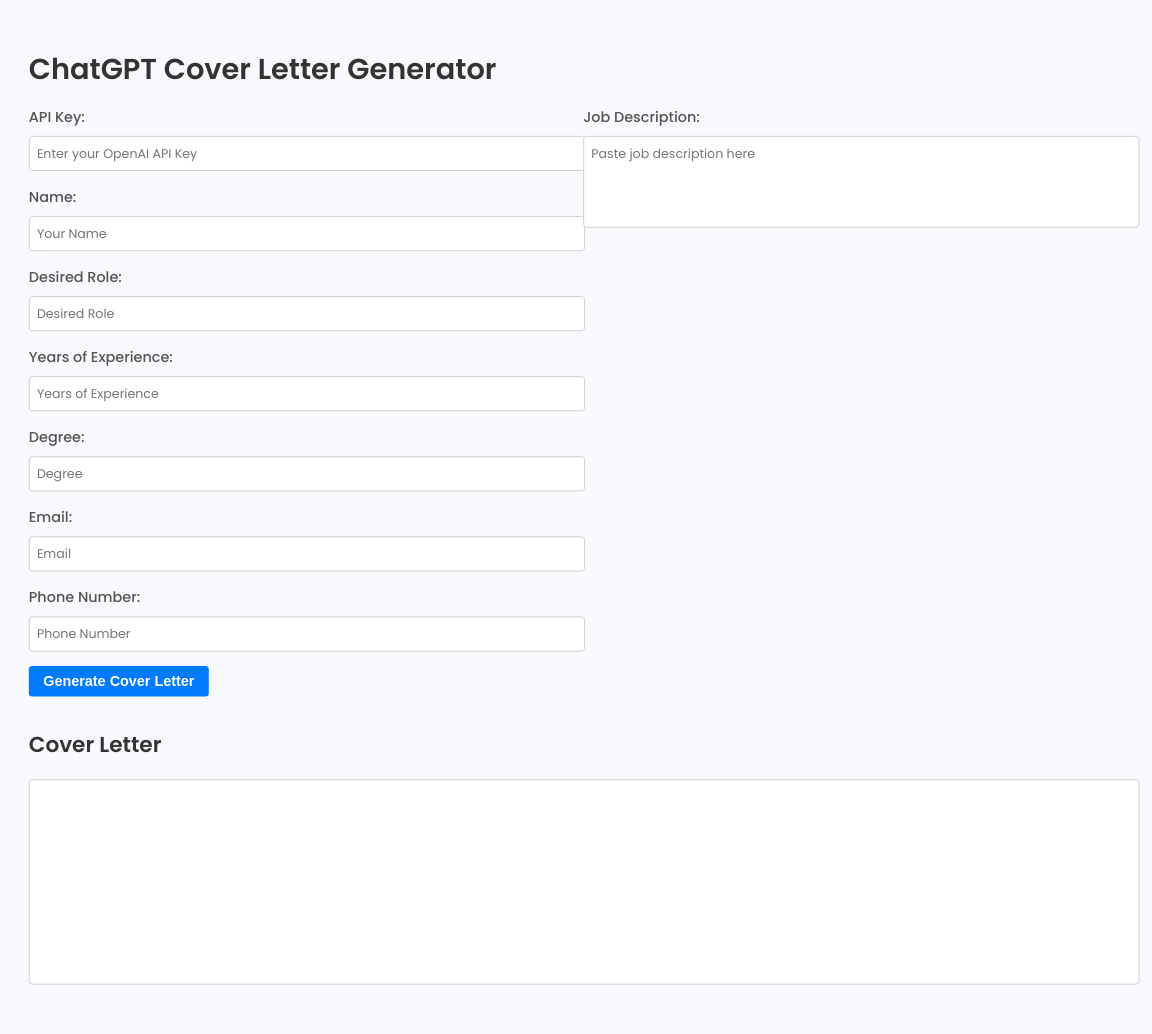
Repository: fechinmitchell/MFM
Page: popup.html
These files come from the project's save history. The page is drawn as it stood at one moment and after the next save; the edit follows.
The browser window is 1280 px wide. The pictures show the whole page, at 90% of full size.

Above is the page before, as saved 2023-07-01 22:32:28.

### popup.html
<!DOCTYPE html>
<html lang="en">
<head>
  <meta charset="UTF-8">
  <meta name="viewport" content="width=device-width, initial-scale=1.0">
  <title>ChatGPT Cover Letter Generator</title>
  <link href="https://fonts.googleapis.com/css?family=Poppins:300,400,500,600,700" rel="stylesheet">
  <style>
    body {
      font-family: 'Poppins', Arial, sans-serif;
      margin: 0;
      padding: 2rem;
      background-color: #f7f9fc;
    }
    h1, h2 {
      font-weight: 600;
      margin-bottom: 1rem;
      color: #333;
    }
    .form-container {
      display: grid;
      grid-template-columns: repeat(auto-fit, minmax(300px, 1fr));
      gap: 1rem;
    }
    label {
      display: block;
      margin-bottom: 0.25rem;
      font-weight: 500;
      color: #555;
    }
    input,
    textarea {
      width: 100%;
      margin-top: 5px;
      margin-bottom: 1rem;
      padding: 0.5rem;
      border: 1px solid #ccc;
      border-radius: 4px;
      font-family: 'Poppins', Arial, sans-serif;
      font-size: 14px;
      font-weight: 400;
      color: #333;
      resize: none;
    }
    input:focus,
    textarea:focus {
      outline: none;
      border: 1px solid #007bff;
    }
    button {
      background-color: #007bff;
      border: none;
      color: white;
      padding: 0.5rem 1rem;
      text-align: center;
      text-decoration: none;
      display: inline-block;
      font-size: 16px;
      font-weight: 600;
      margin: 0 0 1rem;
      cursor: pointer;
      border-radius: 4px;
      transition: background-color 0.3s;
    }
    button:hover {
      background-color: #0056b3;
    }
  </style>
</head>
<body>
  <h1>ChatGPT Cover Letter Generator</h1>

  <div class="form-container">
    <div>
      <label for="apiKey">API Key:</label>
      <input type="text" id="apiKey" placeholder="Enter your OpenAI API Key">

      <label for="name">Name:</label>
      <input type="text" id="name" placeholder="Your Name">

      <label for="desiredRole">Desired Role:</label>
      <input type="text" id="desiredRole" placeholder="Desired Role">

      <label for="yearsExperience">Years of Experience:</label>
      <input type="text" id="yearsExperience" placeholder="Years of Experience">

      <label for="degree">Degree:</label>
      <input type="text" id="degree" placeholder="Degree">

      <label for="email">Email:</label>
      <input type="text" id="email" placeholder="Email">

      <label for="phoneNumber">Phone Number:</label>
      <input type="text" id="phoneNumber" placeholder="Phone Number">
    </div>
    <div>
      <label for="jobDescription">Job Description:</label>
      <textarea id="jobDescription" rows="4" cols="50" placeholder="Paste job description here"></textarea>
    </div>
  </div>

  <button id="generateBtn">Generate Cover Letter</button>

  <div id="loading" style="display:none;">
    <div>Loading...</div>
    <progress id="progress" max="100"></progress>
  </div>
  <div id="error" style="display:none;">
    <div>Error generating cover letter. Please try again.</div>
  </div>

  <h2>Cover Letter</h2>
  <textarea id="coverLetter" rows="10" cols="50" style="width: 100%;"></textarea>
  <button id="downloadBtn" style="display: none;">Download as PDF</button>

  <script src="popup.js"></script>
  <script src="jspdf.min.js"></script>
</body>
</html>

### popup.js
document.addEventListener("DOMContentLoaded", () => {
  const generateBtn = document.getElementById("generateBtn");
  const apiKeyInput = document.getElementById("apiKey");
  const nameInput = document.getElementById("name");
  const desiredRoleInput = document.getElementById("desiredRole");
  const yearsExperienceInput = document.getElementById("yearsExperience");
  const degreeInput = document.getElementById("degree");
  const emailInput = document.getElementById("email");
  const phoneNumberInput = document.getElementById("phoneNumber");
  const jobDescription = document.getElementById("jobDescription");
  const coverLetter = document.getElementById("coverLetter");
  const loading = document.getElementById("loading");
  const error = document.getElementById("error");

  let response;

  generateBtn.addEventListener("click", async () => {
    try {
      loading.style.display = "block";
      error.style.display = "none";

      const apiKey = apiKeyInput.value;
      const name = nameInput.value;
      const desiredRole = desiredRoleInput.value;
      const yearsExperience = yearsExperienceInput.value;
      const degree = degreeInput.value;
      const email = emailInput.value;
      const phoneNumber = phoneNumberInput.value;
      const description = jobDescription.value;

      const prompt = `Generate a professional cover letter for a job application based on the following information:
      Name: ${name}
      Desired Role: ${desiredRole}
      Years of Experience: ${yearsExperience}
      Degree: ${degree}
      Email: ${email}
      Phone Number: ${phoneNumber}

      Job Description:
      ${description}

      Cover Letter:\n`;

      response = await fetch("https://api.openai.com/v1/engines/davinci-codex/completions", {
        mode: 'no-cors',
        method: "POST",
        headers: {
          "Content-Type": "application/json",
          "Authorization": `Bearer ${apiKey}`
        },
        body: JSON.stringify({
          prompt: prompt,
          max_tokens: 300,
          n: 1,
          temperature: 0.5
        })
      });

      if (!response.ok) {
        if (response.status === 401) {
          throw new Error("Invalid API key");
        } else {
          throw new Error(`Error generating cover letter (status: ${response.status}, statusText: ${response.statusText})`);
        }
      }

      const data = await response.json();
      const generatedText = data.choices[0].text;
      coverLetter.value = generatedText;

    } catch (e) {
      console.error(e);

      if (e.message === "Invalid API key") {
        error.innerText = "Error generating cover letter. Invalid API key. Please check your API key and try again.";
      } else if (e.message === "Error generating cover letter") {
        error.innerText = `Error generating cover letter (status: ${response && response.status}, statusText: ${response && response.statusText}). Please check your API key and try again.`;
      } else {
        error.innerText = "An unexpected error occurred. Please try again.";
      }
      error.style.display = "block";
    } finally {
      loading.style.display = "none";
    }
  });
});



// 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

Loaded but not shown: jspdf.min.js (library)

After the next save:
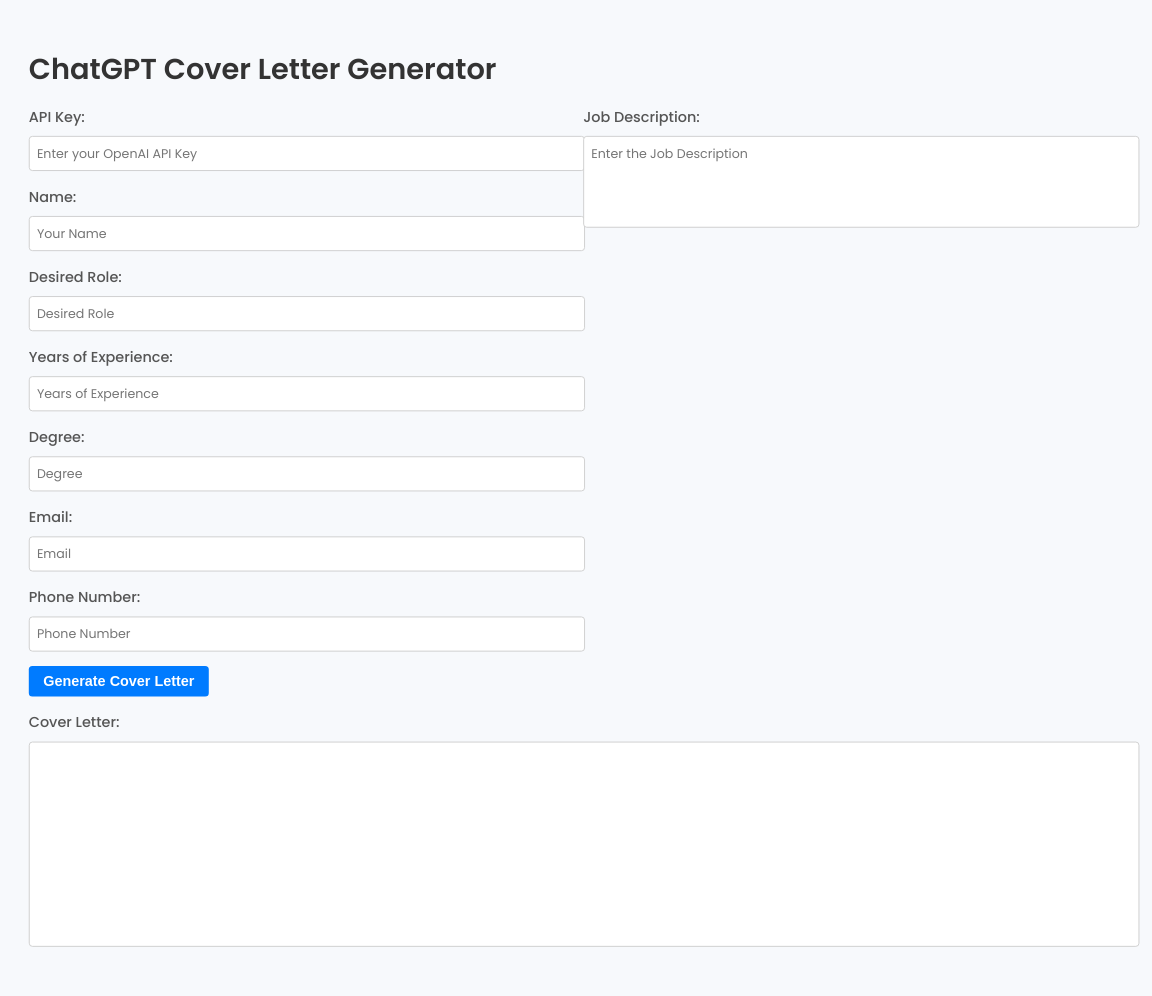
Saved 2 min 47 s later.
--- a/popup.html
+++ b/popup.html
@@ -95,25 +95,21 @@
     </div>
     <div>
       <label for="jobDescription">Job Description:</label>
-      <textarea id="jobDescription" rows="4" cols="50" placeholder="Paste job description here"></textarea>
+      <textarea id="jobDescription" rows="4" cols="50" placeholder="Enter the Job Description"></textarea>
     </div>
   </div>
 
   <button id="generateBtn">Generate Cover Letter</button>
 
-  <div id="loading" style="display:none;">
-    <div>Loading...</div>
-    <progress id="progress" max="100"></progress>
-  </div>
-  <div id="error" style="display:none;">
-    <div>Error generating cover letter. Please try again.</div>
+  <label for="coverLetter">Cover Letter:</label>
+  <textarea id="coverLetter" rows="10" cols="50"></textarea>
+
+  <div id="loading" style="display: none;">
+    <p>Loading...</p>
   </div>
 
-  <h2>Cover Letter</h2>
-  <textarea id="coverLetter" rows="10" cols="50" style="width: 100%;"></textarea>
-  <button id="downloadBtn" style="display: none;">Download as PDF</button>
+  <div id="error" style="display: none; color: red;"></div>
 
   <script src="popup.js"></script>
-  <script src="jspdf.min.js"></script>
 </body>
 </html>
